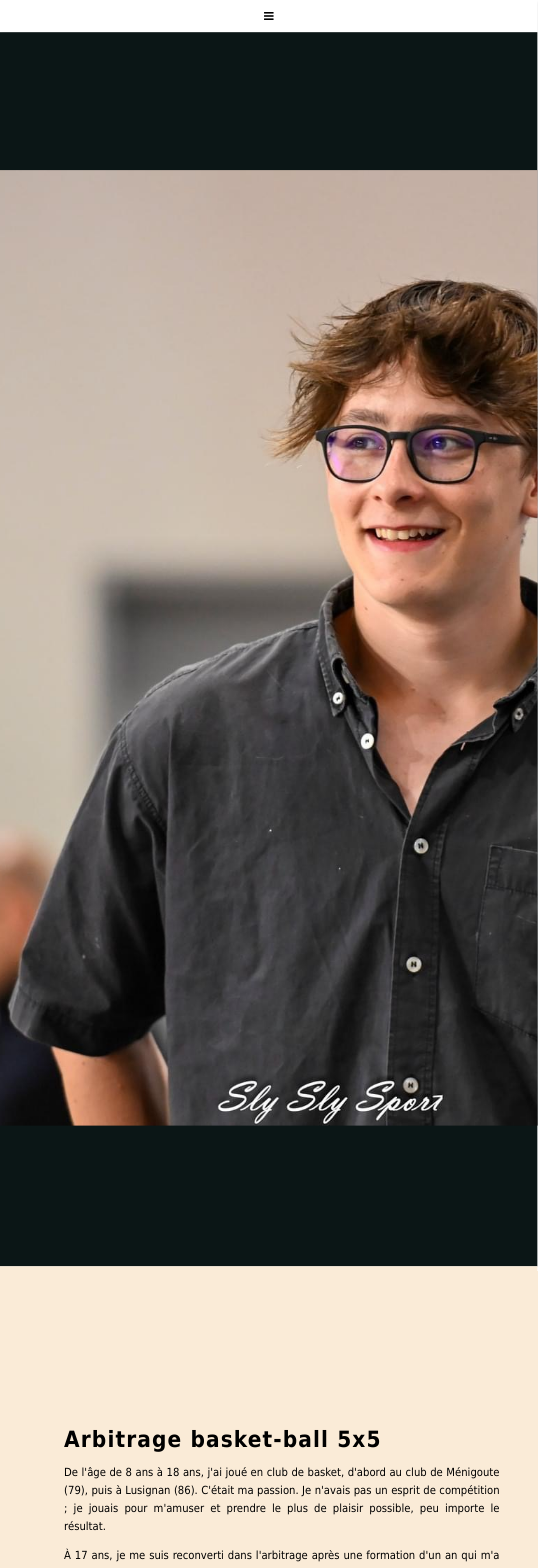
Repository: elliotfx/elliotfx.github.io
Page: html/apropos.html
These files come from the project's save history. The page is drawn as it stood at one moment and after the next save; the edit follows.
The browser window is 768 px wide. The pictures show the part of the page from y = 0 to 2240 px (the page is 6129 px tall before and 5230 px after), at 70% of full size.

Above is the page before, as saved 2025-03-20 19:32:50.

### html/apropos.html
<!doctype html>
<html lang="fr">
<head>
  <meta charset="UTF-8">
  <meta name="viewport" content="width=device-width, initial-scale=1.0">
  <meta name="author" content="Elliot FEROUX">
  <meta name="description" content="Portfolio de Elliot FEROUX">
  <title>Mes Projets (Portfolio Elliot FEROUX)</title>
  <link rel="stylesheet" type="text/css" href="./../css/apropos.css" media="screen">
  <link rel="preconnect" href="https://fonts.googleapis.com">
  <link rel="preconnect" href="https://fonts.gstatic.com" crossorigin>
  <link href="https://fonts.googleapis.com/css2?family=Kanit:ital,wght@0,100;0,200;0,300;0,400;0,500;0,600;0,700;0,800&display=swap" rel="stylesheet">
  <link rel="stylesheet" href="../css/font-awesome-4.7.0/css/font-awesome.min.css">
  <link rel="shortcut icon" href="SD.png" type="image/x-icon">
  <script src="../JS/script_projets.js"></script>
</head>
<body>
  <header>
    <div class="navbar" id="nav">
      <div class="burger-container">
        <i class="fa fa-bars iconeburger" aria-hidden="true"></i>
      </div>
      <ul class="navbar-menu">
        <li class="link-nav-underline"><a href="bilan.html">BILAN PERSONNEL</a></li>
        <li class="link-nav-underline-projet"><a href="projets.html">PROJETS</a></li>
        <li class="logo">
          <a href="https://iutp.univ-poitiers.fr/sd/" target="_blank">
            <img src="./../Images/SD.png" alt="Logo BUT Sciences des Données">
          </a>
        </li>
        <li class="link-nav-underline"><a href="apropos.html">A PROPOS</a></li>
        <li class="link-nav-underline"><a href="contact.html">CONTACT</a></li>
      </ul>
    </div>

    <div id="burgerbar">
      <a href="https://iutp.univ-poitiers.fr/sd/" target="_blank">
        <img src="./../Images/SD.png" alt="Logo BUT Sciences des Données" class="logo-burger">
      </a>
      <i class="fa fa-times iconeburgerclose" aria-hidden="true"></i>
      <ul class="burger-menu-list">
        <li class="link-nav-underline"><a href="bilan.html">BILAN PERSONNEL</a></li><br>
        <li class="link-nav-underline"><a href="projets1.html">PROJETS</a></li><br>
        <li class="link-nav-underline"><a href="apropos.html">A PROPOS</a></li><br>
        <li class="link-nav-underline"><a href="contact.html">CONTACT</a></li>
      </ul>
    </div>
  </header>

  <main>
    <!-- Section 1 : Texte à gauche, image à droite -->
    <section class="section noir">
      <div class="container">
        <div class="text-block">
          <h2 class="title">Elliot FEROUX</h2>
          <div class="contenu">
            <p>Bonjour ! Je m'appelle Elliot Feroux, j'ai 18 ans et je suis passionné par l'informatique et les données. J'habite près de Poitiers et je fais mes études à Niort, où je suis en première année d'un Bachelor Universitaire en Science des Données (anciennement Statistique et Informatique Décisionnelles).</p>
            <p>Dans ce programme, j'apprends des compétences importantes comme la programmation, les statistiques, et l'utilisation d'outils de data science.</p>
            <p>En dehors de mes études, je vais à la salle de sport, je suis arbitre de basket-ball et je m'investi dans le monde associatif. J'apprécie aussi la musique, le sport, voyager et profiter de l'instant présent, ce qui m'aide à rester équilibré et motivé.</p>
            <p>Je suis toujours à la recherche de nouvelles opportunités pour apprendre et travailler sur des projets passionnants. Parcourez mon portfolio pour voir ce que j'ai réalisé et n'hésitez pas à me contacter via ma page <a href="contact.html" class="liens">contact</a>.</p>
          </div>
        </div>
        <div class="image-block">
          <img src="./../Images/photo2.JPG" alt="Photo de Elliot FEROUX">
        </div>
      </div>
      <div class="img-bas">
        <img src="./../Images/photo2.JPG" alt="Photo de Elliot FEROUX">
      </div>
    </section>

    <!-- Section 2 : Texte à droite, image à gauche (inversion automatique) -->
    <section class="section blanc">
      <div class="container">
        <div class="text-block">
          <h2 class="title">Arbitrage basket-ball 5x5</h2>
          <div class="contenu">
            <p>De l'âge de 8 ans à 18 ans, j'ai joué en club de basket, d'abord au club de Ménigoute (79), puis à Lusignan (86). C'était ma passion. Je n'avais pas un esprit de compétition ; je jouais pour m'amuser et prendre le plus de plaisir possible, peu importe le résultat.</p>
            <p>À 17 ans, je me suis reconverti dans l'arbitrage après une formation d'un an qui m'a permis d'accéder au niveau départemental. Suite à une nouvelle formation d'un an et à des examens réussis, je suis passé au niveau régional 3. En cette fin de saison, je vais effectuer un stage "passerelle" afin d'augmenter mes chances de progresser. Je m'investis énormément en filmant et en analysant mes matches, et en voyageant dans la région pour suivre la formation continue qui s'est déroulée tous les premiers lundis de chaque mois, d'octobre à janvier.</p>
            <p>L'arbitrage en 5x5 est ma passion. Il m'a permis de gagner en confiance, de me surpasser et de rencontrer des personnes formidables.</p>
          </div>
        </div>
        <div class="image-block">
          <img src="./../Images/55.JPEG" alt="Photo de Elliot FEROUX arbitre">
        </div>
      </div>
    </section>

    <!-- Section 3 : Texte à gauche, image à droite -->
    <section class="section noir">
      <div class="container">
        <div class="text-block">
          <h2 class="title">Arbitrage basket-ball 3x3</h2>
          <div class="contenu">
            <p>Le basket-ball 3x3 est une discipline spéciale qui fera partie des Jeux Olympiques de Paris. C'est une forme de basket-ball de rue. J'ai découvert cette discipline il y a un peu plus d'un an. L'arbitrage et la gestion des acteurs sont différents de ceux du basket-ball traditionnel.</p>
            <p>Depuis, j'ai arbitré lors de nombreux tournois, tels que les <a href="http://ffse.fr/nos-actions/jeux/europeeens/#:~:text=LES%20JEUX%20EUROP%C3%89ENS,-Les%20Jeux%20Europ%C3%A9ens&text=Cette%20grande%20f%C3%AAte%20du%20sport,14%20au%2018%20juin%202023." class="liens">Jeux Européens Inter-Entreprises de Bordeaux</a>, <a href="https://www.poitevins.fr/urbanpb#:~:text=Urban%20PB%20est%20un%20tournoi,qualification%20entre%20avril%20et%20juin." class="liens">l'Urban PB de Poitiers</a>, ou encore le <a href="https://play.fiba3x3.com/events/dfd86fbb-793f-4384-a0a0-58e7211858ba?fbclid=IwAR3QWv89srzKISg9u5xH8Kk9xjBphCmSoV1SZCdJkw5wBuWZTOqwaH6c468" class="liens">Tournoi International du Grand Cognac</a>. Cette discipline me passionne tout autant, car elle me permet de voyager davantage, de profiter du basket en plein air, et même de découvrir de nouveaux horizons.</p>
          </div>
        </div>
        <div class="image-block">
          <img src="./../Images/PB.JPEG" alt="Photo de Elliot FEROUX">
        </div>
      </div>
    </section>

    <!-- Section 4 : Texte à droite, image à gauche -->
    <section class="section blanc">
      <div class="container">
        <div class="text-block">
          <h2 class="title">Bénévolat - Mélusik</h2>
          <div class="contenu">
            <p>Mes parents m'ont toujours immergé dans la musique, mon père étant guitariste et ma mère accordéoniste et chanteuse. Personnellement, je me contente d'écouter de la musique. Ils ont toujours été bénévoles dans une association musicale, et depuis deux ans, je le suis également. Lors de l'édition 2023, j'étais bénévole à la restauration, où je préparais les sandwiches et m'occupais de la logistique en arrière-plan. Je n'ai pas vraiment apprécié cette tâche car il n'y avait pas de contact avec les clients et je ne pouvais pas profiter de la musique.</p>
            <p>Cette année, j'ai été à l'accueil, en charge de servir les clients en jetons, de gérer les retours de caution, et de répondre à toutes les questions des festivaliers. J'ai beaucoup aimé ce poste car il impliquait beaucoup de contact avec les clients, la gestion d'argent, et des responsabilités. De plus, cela m'a permis de travailler sur ma confiance en moi et de veiller à ce que les festivaliers aient une bonne impression du festival dès leur arrivée.</p>
          </div>
        </div>
        <div class="image-block">
          <img src="./../Images/melu.jpeg" alt="Festival Mélusik affiche">
        </div>
      </div>
    </section>

    <!-- Section 5 : Texte à gauche, image à droite -->
    <section class="section noir">
      <div class="container">
        <div class="text-block">
          <h2 class="title">Arbitrage Universitaire</h2>
          <div class="contenu">
            <p>Depuis le début de l'année universitaire 2024 - 2025, j'arbitre à l'université, je me rends souvent à Poitiers le jeudi après-midi afin d'arbitrer des matchs au niveau Académique et Inter-Académique. J'ai nottament pu arbitrer la finale inter-académique avec les équipes de l'ENSMA - Chasseneuil, Toulon et La Rochelle.</p>
            <p>Les matchs Inter-Université me permettent de prendre de l'expérience car on y retrouve des joueurs de plus ou moins haut niveau. J'arbitre actuellement en Régional 3 et je peux me retrouver à arbitrer des joueurs de niveau Régionale 1 voire Nationale 3. C'est toujours de l'expérience à prendre et je m'épanouis énormément. Cela me permet de pratiquer d'autant plus ma passion.</p>
          </div>
        </div>
        <div class="image-block">
          <img src="./../Images/univ.png" alt="Arbitrage Universitaire">
        </div>
      </div>
    </section>

    <section class="section blanc">
        <div class="container">
          <div class="text-block">
            <h2 class="title">Ecole d'arbitrage</h2>
            <div class="contenu">
                <p>Depuis le début de l'année universitaire 2024-2025, je m'investis activement dans l'école d'arbitrage de mon club de Basket, Chauray. Je m'occupe de préparer des séances théoriques <a href="./../Images/ecolearb.pdf" target="_blank" class="liens">(cf pdf pour un exemple de séance).</a> Nous nous servons de matchs de jeunes afin de les accompagner dans leur évolution. Si possible, nous pouvons les suivre dans leurs matchs "officiels", afin de leur donner plus de conseils.</p>
                <p>J'aime réellement former, cela me permet de partager ma passion, transmettre mes connaissances et de gagner en maturité. Cela m'apporte beaucoup.</p>
            </div>
          </div>
          <div class="image-block">
            <img src="./../Images/ecole.JPG" alt="ecole">
          </div>
        </div>
      </section>
  </main>
</body>
</html>

### css/apropos.css
@import "navbar_stylesheet.css";

body {
  margin: 0;
  padding: 0;
  font-family: 'Tahoma', sans-serif;
}

.img-bas{
    display: none;
}

/* Style de base pour chaque section */
.section {
  min-height: 100vh;
  display: flex;
  align-items: center;
  justify-content: center;
  padding: 2rem 0;
  position: relative;
}

/* Fond sombre et texte clair */
.section.noir {
  background-color: #0B1616;
  color: antiquewhite;
}

/* Fond clair et texte foncé */
.section.blanc {
  background-color: antiquewhite;
  color: #000;
}

/* Container central en flex */
.container {
  width: 90%;
  max-width: 1200px;
  display: flex;
  flex-direction: row;
  align-items: center;
  justify-content: space-between;
  gap: 2rem;
  margin: auto;
}

/* Inversion de l'ordre pour les sections paires */
.section:nth-of-type(even) .container {
  flex-direction: row-reverse;
}

/* Bloc de texte */
.text-block {
  width: 50%;
  padding: 1rem;
}

/* Style du titre */
.title {
  font-weight: bold;
  letter-spacing: 0.05em;
  font-size: 2em;
  margin-bottom: 1rem;
}

/* Bloc image */
.image-block {
  width: 50%;
  display: flex;
  align-items: center;
  justify-content: center;
}

.image-block img {
  width: 80%;
  height: auto;
  border-radius: 10px;
  box-shadow: 8px 8px 10px 0 rgba(0, 0, 0, 0.5);
}

/* Style des liens */
a {
  color: inherit;
}

/* Mise en forme du contenu textuel */
.contenu p {
  text-align: justify;
  line-height: 1.6;
}

.liens{
    text-decoration: underline;
}

@media screen and (max-width: 900px) {
    .image-block{
        display: none;
    }

    .text-block{
        width: 90%;
    }

    .img-bas{
        display: block;
        position:relative;

    }
}

### css/navbar_stylesheet.css
html,
body {
    overflow-x: hidden;
}

ul {
    list-style-type: none;
    padding: 0;
    margin: 0;
}

header {
    background-color: #ffffff;
    box-shadow: 3px 3px 4px rgba(205, 205, 205, 0.5);
    display: flex;
    justify-content: center;
    align-items: center;
    padding: 15px;
    z-index: 2000;
}

.navbar {
    width: 100%;
    display: flex;
    justify-content: center;
    align-items: center;
}

/* Modification principale pour répartir équitablement les éléments */
.navbar-menu {
    display: flex;
    justify-content: space-around;
    align-items: center;
    width: 100%;
}

.logo img {
    width: 50px;
    height: 50px;
}

/* Effet souligné au survol */
.link-nav-underline, .link-nav-underline-projet {
    display: inline-block;
    position: relative;
    text-decoration: none;
    color: inherit;
}

.link-nav-underline::after,
.link-nav-underline-projet::after {
    content: "";
    display: block;
    position: absolute;
    bottom: 0;
    left: 0;
    width: 100%;
    height: 2px;
    background: #000;
    transform: scaleX(0);
    transition: transform 0.2s ease-in-out;
    transform-origin: left;
}

.link-nav-underline:hover::after,
.link-nav-underline-projet:hover::after {
    transform: scaleX(1);
}

/* Style du menu burger */
.burger-container {
    display: none;
    cursor: pointer;
}

#burgerbar {
    height: 100vh;
    width: 50%;
    background-color: #fff;
    position: fixed;
    top: 0;
    left: -100%;
    display: flex;
    flex-direction: column;
    align-items: center;
    justify-content: center;
    z-index: 3000;
    transition: left 0.3s ease-in-out;
    padding: 20px;
    box-shadow: 2px 0 5px rgba(0, 0, 0, 0.5);
}

/* Responsive pour mobiles */
@media screen and (max-width: 900px) {
    .navbar-menu {
        display: none;
    }

    .burger-container {
        display: flex;
    }

    .burger-menu-list {
        display: block;
        text-align: center;
    }

    .burger-menu-list li {
        margin: 15px 0;
    }
}


a{
    color: inherit;
    text-decoration: none;
}

.logo-burger{
    width: 50px;
    height: 50px;
}

Loaded but not shown: css/font-awesome-4.7.0/css/font-awesome.min.css (library); JS/script_projets.js (no copy from this time; the picture is the same without it)

After the next save:
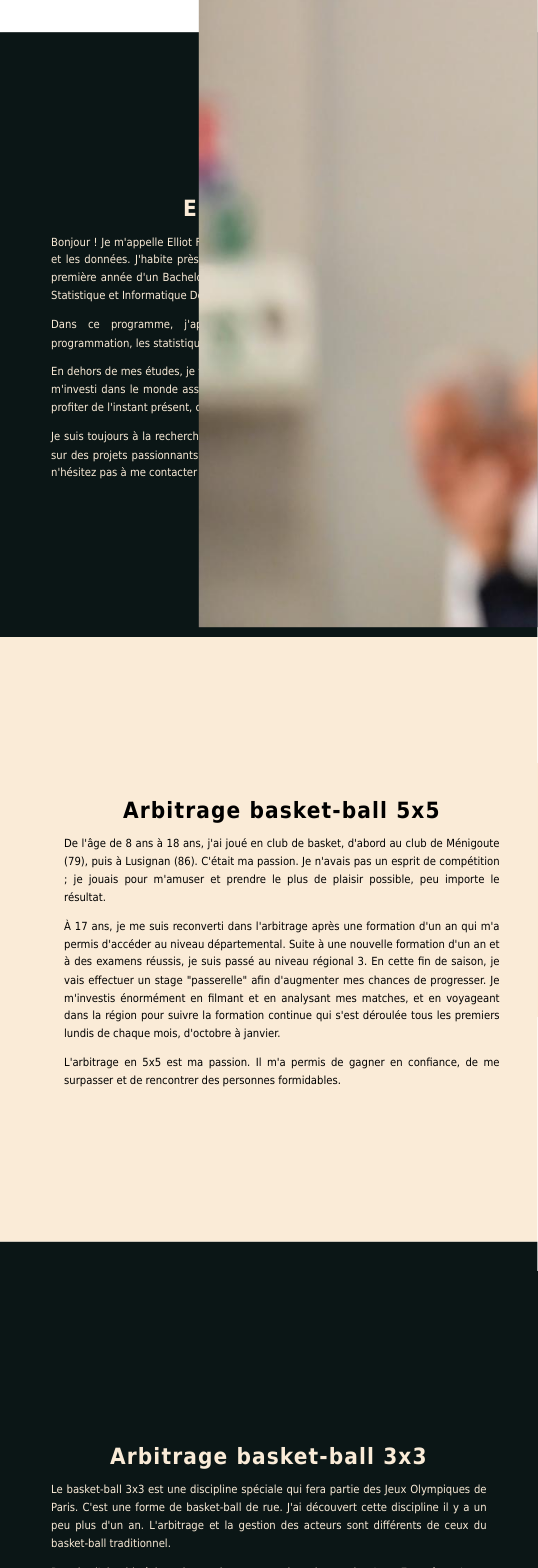
Saved 11 min 35 s later.
--- a/css/apropos.css
+++ b/css/apropos.css
@@ -6,7 +6,7 @@
   font-family: 'Tahoma', sans-serif;
 }
 
-.img-bas{
+.img-bas {
     display: none;
 }
 
@@ -42,6 +42,7 @@
   justify-content: space-between;
   gap: 2rem;
   margin: auto;
+  position: relative; /* Assure que l'image absolue se positionne par rapport à ce parent */
 }
 
 /* Inversion de l'ordre pour les sections paires */
@@ -89,22 +90,35 @@
   line-height: 1.6;
 }
 
-.liens{
+.liens {
     text-decoration: underline;
 }
 
+/* Responsive */
 @media screen and (max-width: 900px) {
-    .image-block{
+    .image-block {
         display: none;
     }
 
-    .text-block{
+    .text-block {
         width: 90%;
+        text-align: center; /* Centre le texte */
     }
 
-    .img-bas{
+    .container {
+        flex-direction: column;
+        align-items: center;
+        text-align: center;
+        position: relative; /* Permet à img-bas de se positionner par rapport à ce container */
+    }
+
+    .img-bas {
         display: block;
-        position:relative;
-
+        position: absolute;
+        bottom: 10px; /* Ajuste la distance depuis le bas */
+        left: 50%;
+        transform: translateX(-50%); /* Centre l’image horizontalement */
+        width: 50%; /* Ajuste la taille */
+        max-width: 200px; /* Évite une image trop grande */
     }
 }

After the 4 saves that followed:
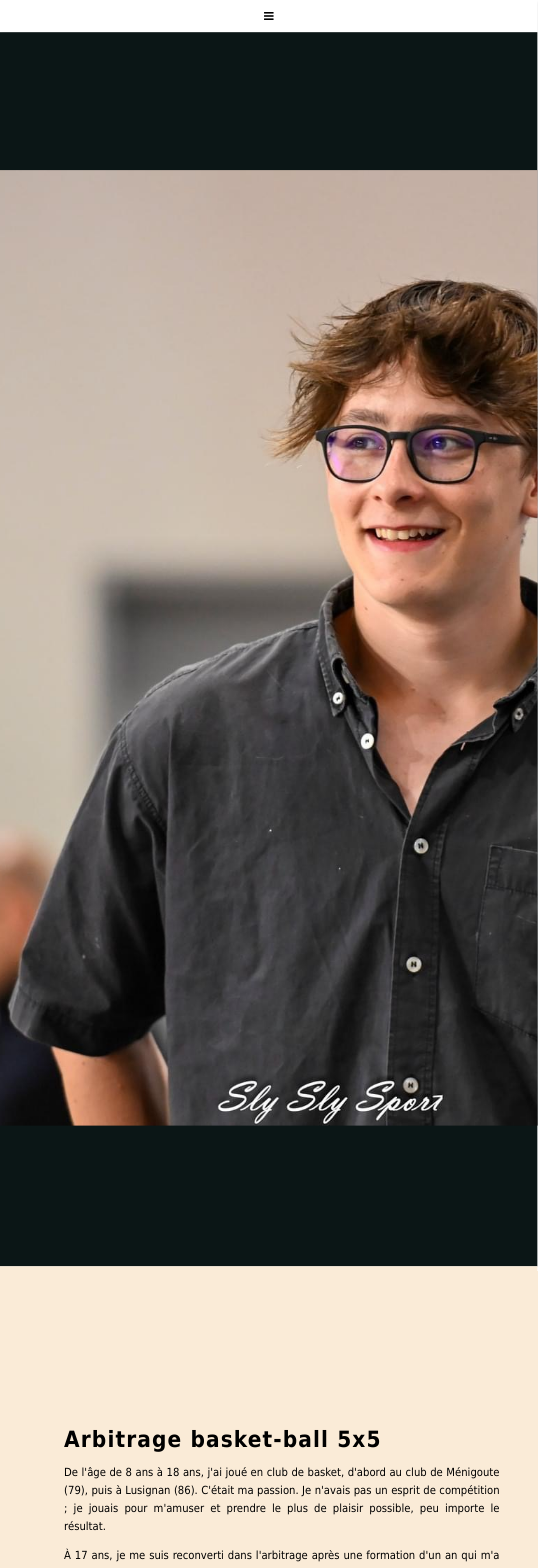
The 4 saves are shown as one change because 2 left the picture as it was and some came seconds apart.
The last was saved 6 min 45 s later.
--- a/css/apropos.css
+++ b/css/apropos.css
@@ -6,7 +6,7 @@
   font-family: 'Tahoma', sans-serif;
 }
 
-.img-bas {
+.img-bas{
     display: none;
 }
 
@@ -42,7 +42,6 @@
   justify-content: space-between;
   gap: 2rem;
   margin: auto;
-  position: relative; /* Assure que l'image absolue se positionne par rapport à ce parent */
 }
 
 /* Inversion de l'ordre pour les sections paires */
@@ -90,35 +89,22 @@
   line-height: 1.6;
 }
 
-.liens {
+.liens{
     text-decoration: underline;
 }
 
-/* Responsive */
 @media screen and (max-width: 900px) {
-    .image-block {
+    .image-block{
         display: none;
     }
 
-    .text-block {
+    .text-block{
         width: 90%;
-        text-align: center; /* Centre le texte */
     }
 
-    .container {
-        flex-direction: column;
-        align-items: center;
-        text-align: center;
-        position: relative; /* Permet à img-bas de se positionner par rapport à ce container */
-    }
+    .img-bas{
+        display: block;
+        position:relative;
 
-    .img-bas {
-        display: block;
-        position: absolute;
-        bottom: 10px; /* Ajuste la distance depuis le bas */
-        left: 50%;
-        transform: translateX(-50%); /* Centre l’image horizontalement */
-        width: 50%; /* Ajuste la taille */
-        max-width: 200px; /* Évite une image trop grande */
     }
 }
